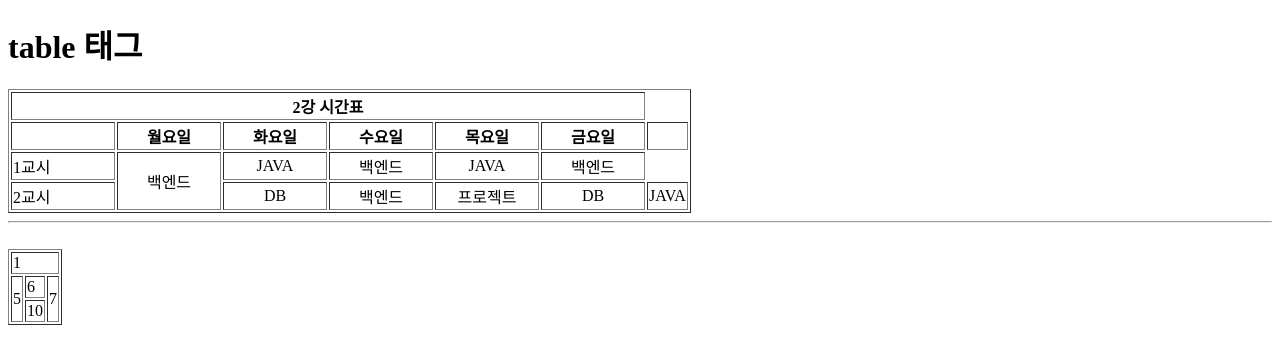
Repository: KimMinseooo/itwillStudy
Page: BACKEND/JSP/workspace_jsp/StudyHTML/src/main/webapp/1022/test3.html
These files come from the project's save history. The page is drawn as it stood at one moment and after the next save; the edit follows.
The browser window is 1280 px wide. The pictures show the whole page.

Above is the page before, as saved 2024-10-25 04:59:42.

### BACKEND/JSP/workspace_jsp/StudyHTML/src/main/webapp/1022/test3.html
<!DOCTYPE html>
<html>
<head>
<meta charset="UTF-8">
<title>Insert title here</title>
</head>
<body>

	<h1>table 태그</h1>
	<table border="1">
		<tr>
			<th colspan="6">2강 시간표</th> <!-- th태그(주로 제목열)는 진하게 표시 , 중앙정렬이 기본값  -->
		</tr>
		<tr>  <!-- 1행 -->
			<th width="100"></th>
			<th width="100">월요일</th>
			<th width="100">화요일</th>
			<th width="100">수요일</th>
			<th width="100">목요일</th>
			<th width="100">금요일</th>
			<th></th>
		</tr>
		<tr>
			<td>1교시</td>
			<td align="center" rowspan="3">백엔드</td>
			<td align="center">JAVA</td>
			<td align="center">백엔드</td>
			<td align="center">JAVA</td>
			<td align="center">백엔드</td>
		</tr>
		<tr>
			<td >2교시</td>
			<td align="center">DB</td>
			<td align="center">백엔드</td>
			<td align="center">프로젝트</td>
			<td align="center">DB</td>
			<td align="center">JAVA</td>
		</tr>

	</table>
	<hr>
	<br>
	<table border="1">
		<tr>
			<td colspan="4">1</td>
<!-- 			<td>2</td>          한줄씩 주석 방법 : ctrl + shift + c       -->
<!-- 			<td>3</td> -->
<!-- 			<td>4</td> -->
		</tr>
		<tr>
			<td rowspan="2">5</td>
			<td>6</td>
			<td rowspan="2" colspan="2">7</td>
<!-- 			<td>8</td> -->
		</tr>
		<tr>
<!-- 		<td>9</td>     5에 의해서 9가 있던 1열이 병합되었으므로 9는 옆으로 밀려남     -->
			<td>10</td>
<!-- 			<td>11</td> -->
<!-- 			<td>12</td> -->
		</tr>



	</table>










</body>
</html>

After the next save:
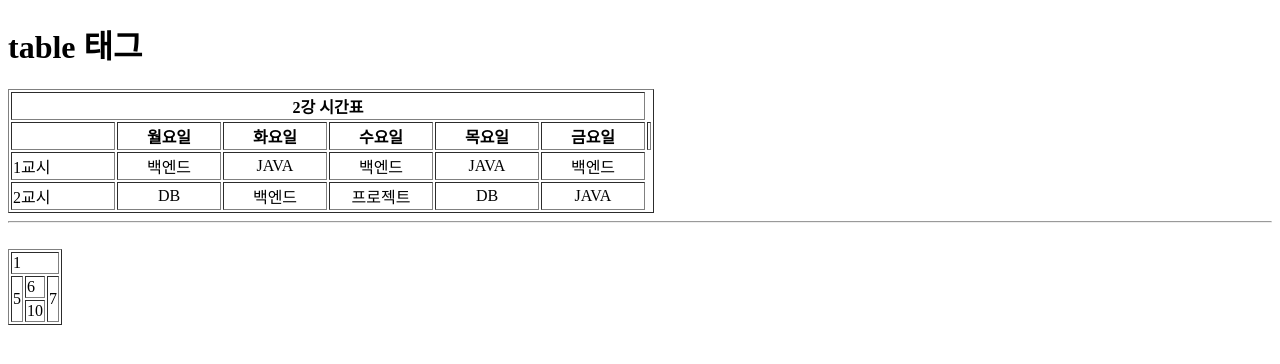
Saved 7 s later.
--- a/BACKEND/JSP/workspace_jsp/StudyHTML/src/main/webapp/1022/test3.html
+++ b/BACKEND/JSP/workspace_jsp/StudyHTML/src/main/webapp/1022/test3.html
@@ -22,7 +22,7 @@
 		</tr>
 		<tr>
 			<td>1교시</td>
-			<td align="center" rowspan="3">백엔드</td>
+			<td align="center">백엔드</td>
 			<td align="center">JAVA</td>
 			<td align="center">백엔드</td>
 			<td align="center">JAVA</td>

After the save that followed:
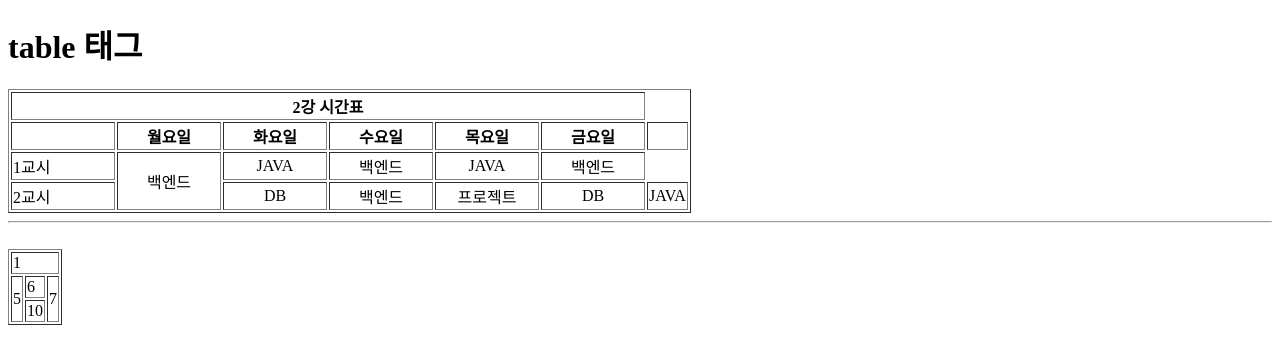
Saved 26 s later.
--- a/BACKEND/JSP/workspace_jsp/StudyHTML/src/main/webapp/1022/test3.html
+++ b/BACKEND/JSP/workspace_jsp/StudyHTML/src/main/webapp/1022/test3.html
@@ -22,7 +22,7 @@
 		</tr>
 		<tr>
 			<td>1교시</td>
-			<td align="center">백엔드</td>
+			<td align="center" rowspan="3">백엔드</td>
 			<td align="center">JAVA</td>
 			<td align="center">백엔드</td>
 			<td align="center">JAVA</td>
